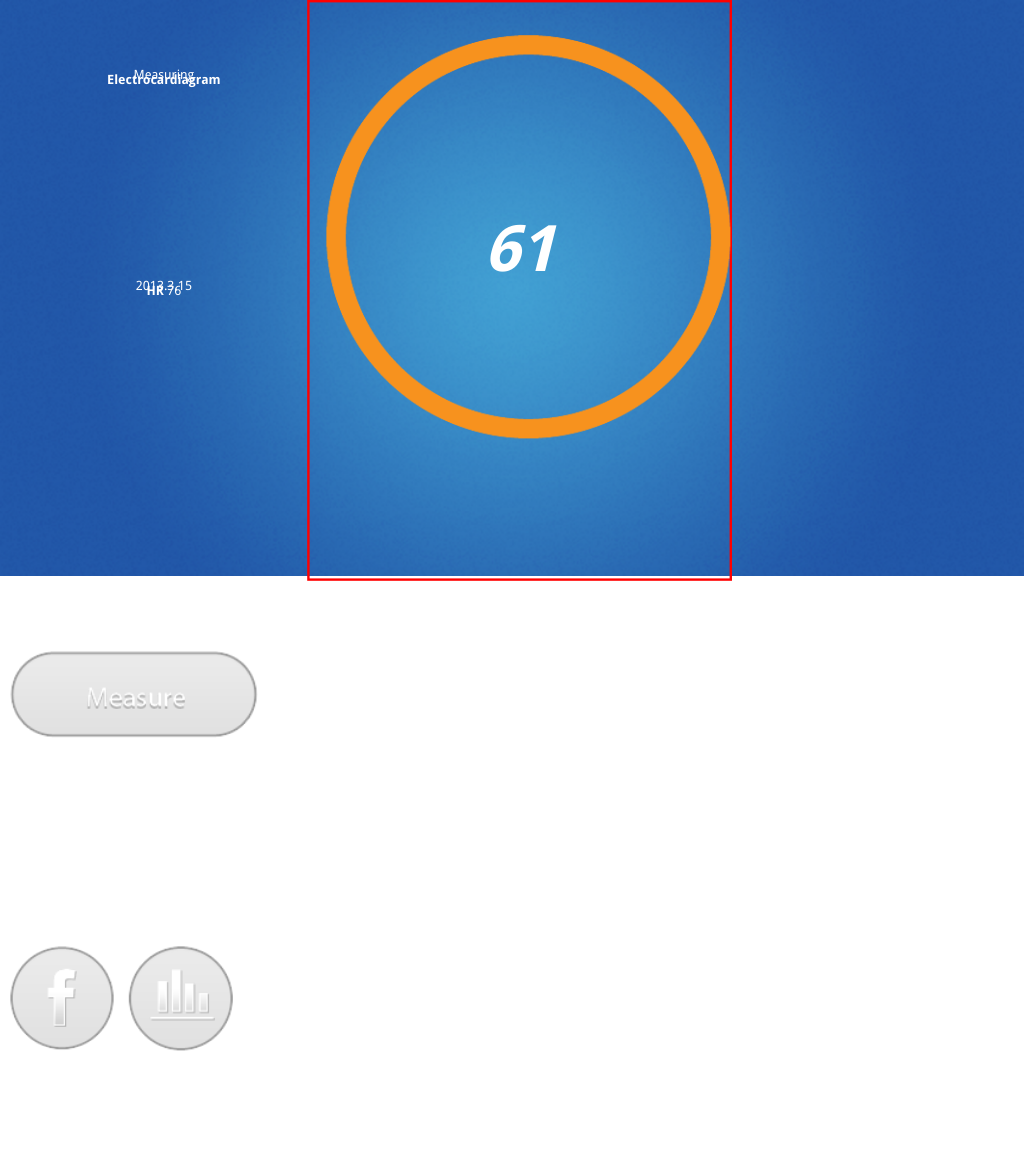
Repository: chouwill79131/IEcontest
Page: BluetoothChat/assets/complete.html
The author's editor kept a copy of each file at every save. The page is drawn from the files as they stood at one save, then again after the next save.
The browser window is 1280 px wide. The pictures show the whole page, at 80% of full size.

Above is the page before, as saved 2013-03-08 18:12:14.
Console error: TypeError: Cannot set properties of null (setting 'innerHTML')

After the next save:
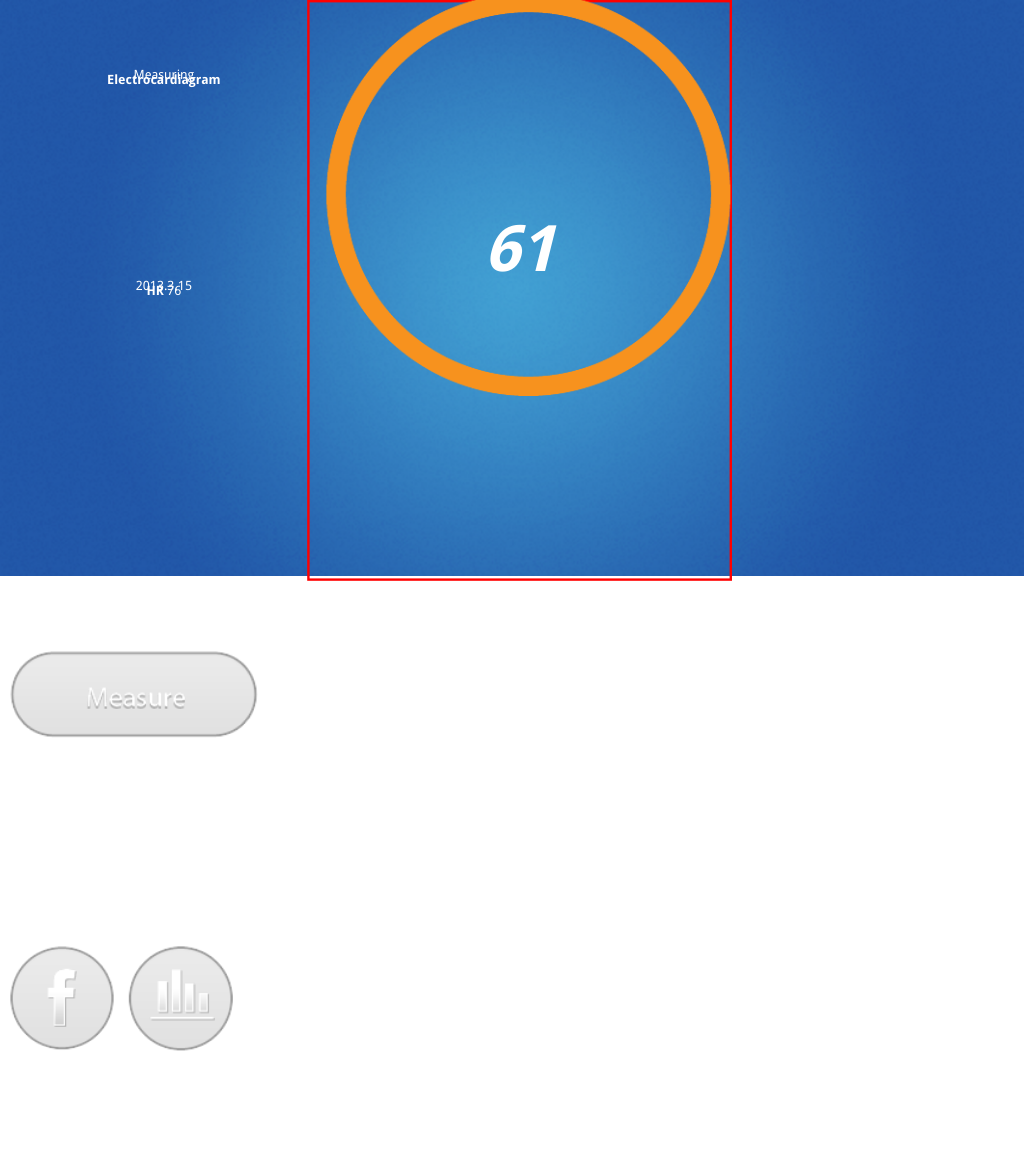
Saved 26 s later.
--- a/BluetoothChat/assets/complete.css
+++ b/BluetoothChat/assets/complete.css
@@ -24,7 +24,7 @@ body { margin:0; padding:0;}
 .mid { border:solid red ;width: 41%; }
 .circle { width: auto; height:70%; margin-left: 4%; }
 .score { color:white ; z-index: 1; text-align:center; margin-top:50% ; font-family: DroidSans-Bold;font-style: italic; ;font-size: 60pt;}
-.circle { margin-top: -60%; z-index: 2; }
+.circle { margin-top: -70%; z-index: 2; }
 
 .right { width: 29%; }
 .right button { float: left; border: none; background: transparent; }
